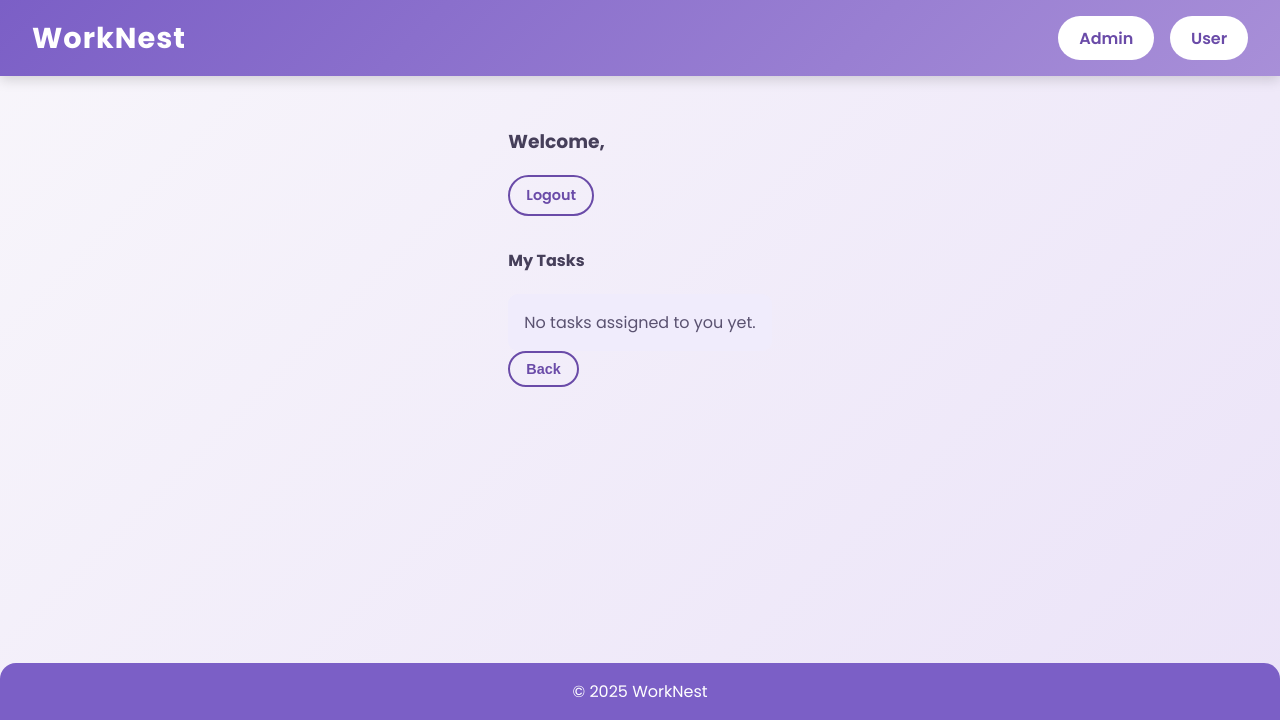
Repository: Sourav5harma/WiproProject
Page: http://localhost/WorkNestApp/WEB-INF/jsp/user-dashboard.jsp
These files come from the project's save history. The page is drawn as it stood at one moment and after the next save; the edit follows.
The browser window is 1280 px wide. The pictures show the whole page.
The page is served by Tomcat 9. Nobody is signed in. The template is opened directly, without the code that normally fills it, so the values that code supplies are empty.

Above is the page before, as saved 2025-08-27 19:04:10.

After the next save:
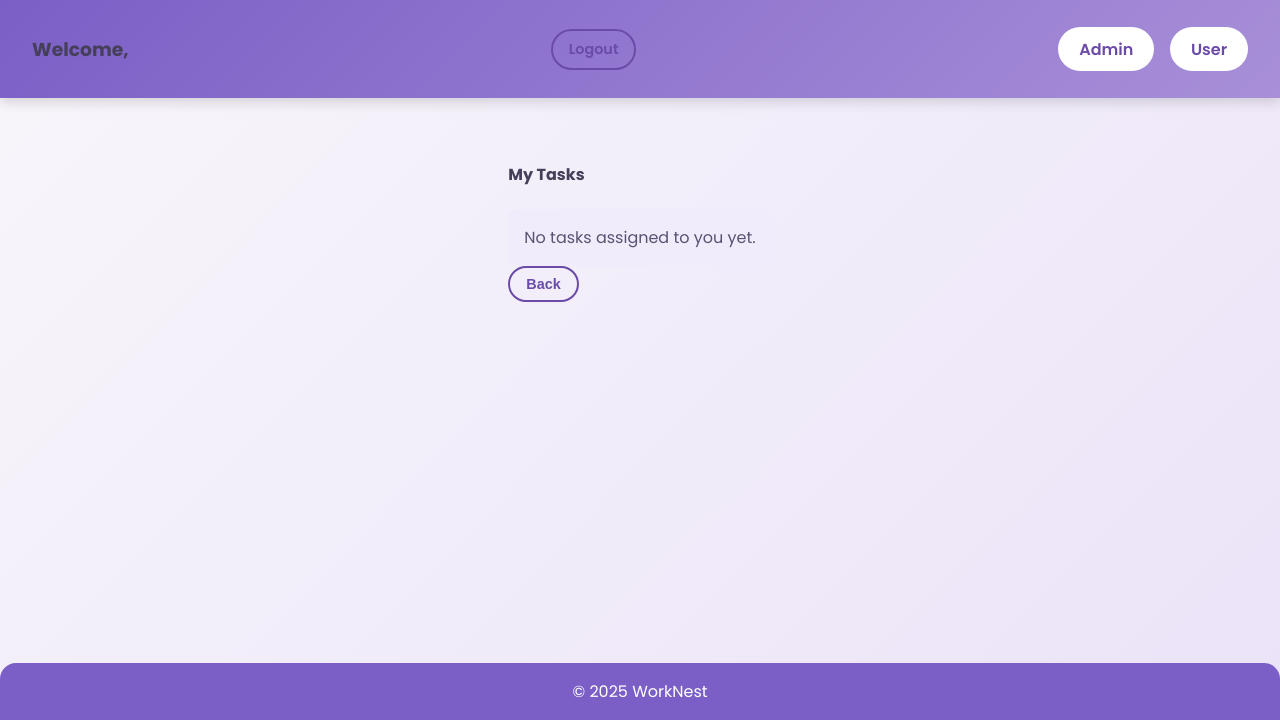
Saved 34 s later.
--- a/WorkNestApp/src/main/webapp/WEB-INF/jsp/user-dashboard.jsp
+++ b/WorkNestApp/src/main/webapp/WEB-INF/jsp/user-dashboard.jsp
@@ -153,7 +153,9 @@
 
   <!-- NAVBAR -->
   <nav>
-    <div class="title">WorkNest</div>
+    <h3>Welcome, ${user.name}</h3>
+    <a class="btn btn-outline" href="<c:url value='/user/logout'/>">Logout</a>
+
     <div class="actions">
       <a href="<c:url value='/admin/login'/>">Admin</a>
       <a href="<c:url value='/user/login'/>">User</a>
@@ -164,8 +166,7 @@
 
   <!-- MAIN -->
   <div class="container">
-    <h3>Welcome, ${user.name}</h3>
-    <a class="btn btn-outline" href="<c:url value='/user/logout'/>">Logout</a>
+
 
     <h4 style="margin-top:2rem;">My Tasks</h4>
 
